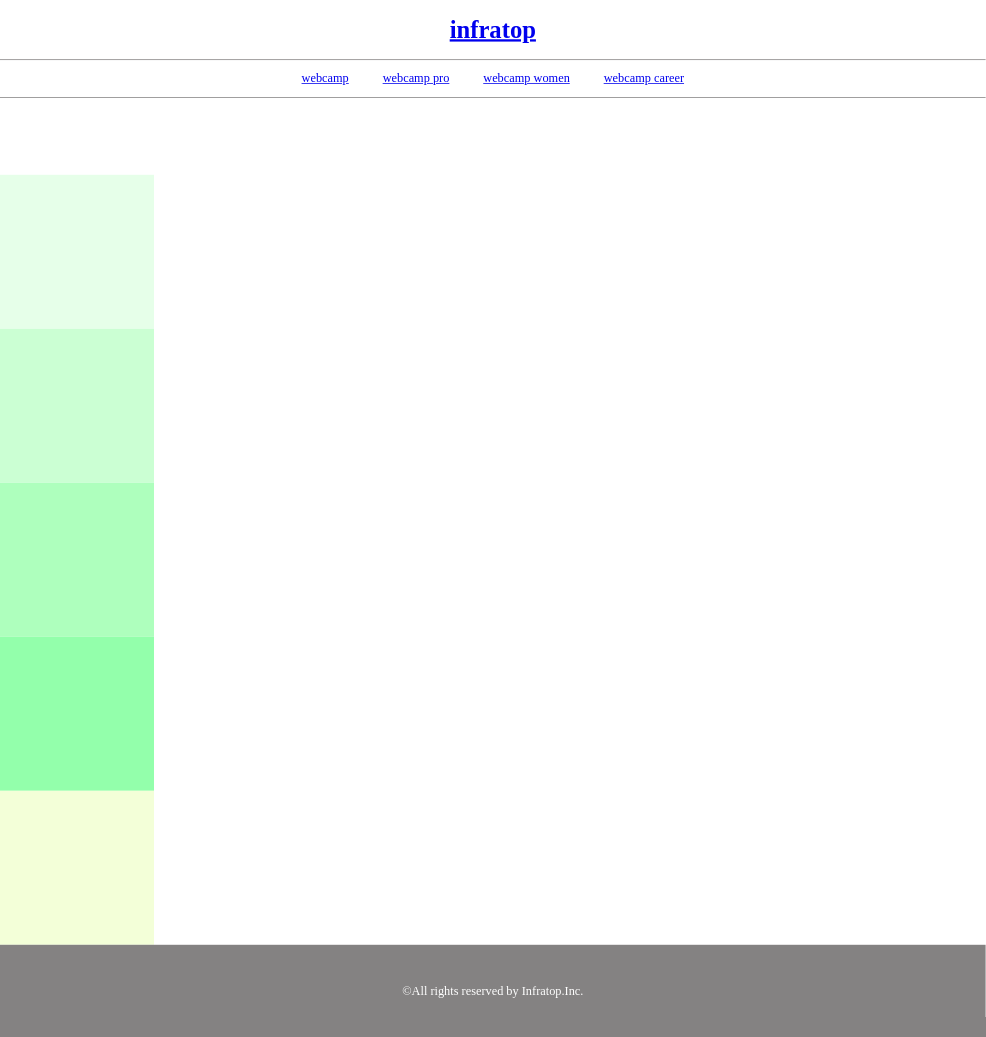
Repository: pooh0721/-
Page: chapter5/index.html
The author's editor kept a record of every edit. The page is drawn from the files as they stood at one moment, then again after the next edit.
The browser window is 1280 px wide. The pictures show the whole page, at 77% of full size.

Above is the page before.

After the next edit:
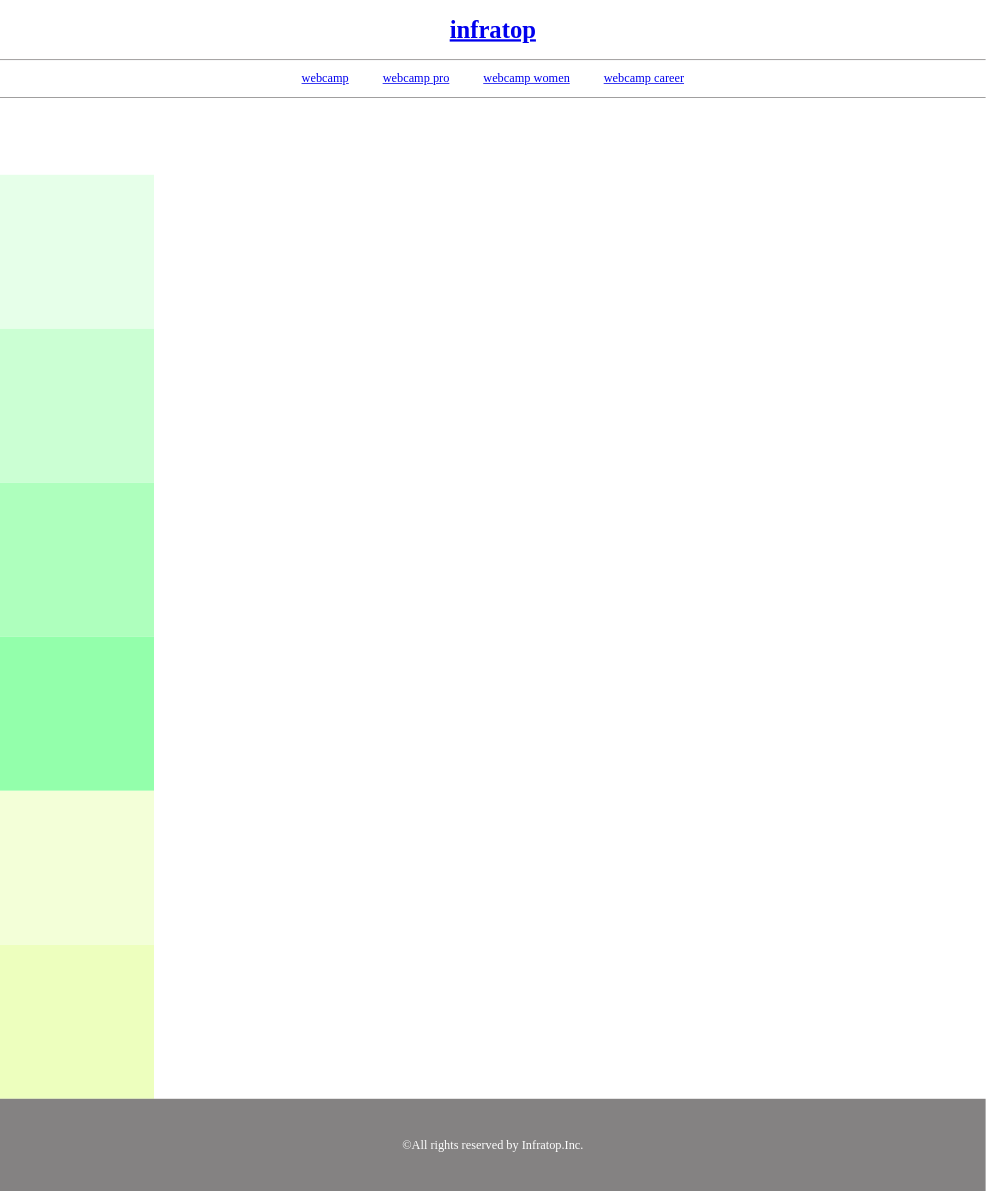
The edit:
--- a/chapter5/index.html
+++ b/chapter5/index.html
@@ -43,7 +43,7 @@
 
       <div class="box5"></div>
 
-      <div class="box"></div>
+      <div class="box6"></div>
 
       <div class="box"></div>
 
